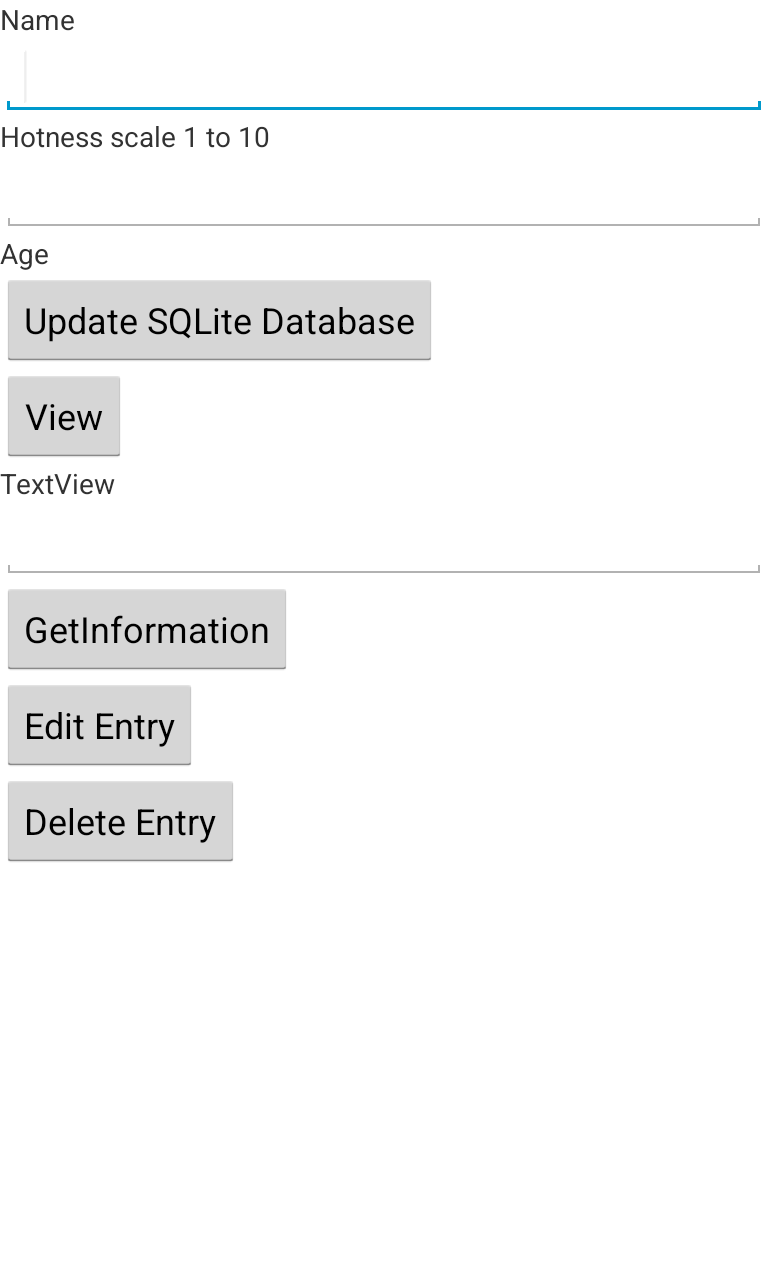
Repository: pcombi/android_dev
Layout: ExampleApp/res/layout/sqliteexample.xml
These files come from the project's save history. The layout is drawn as it stood at one moment and after the next save; the edit follows.
It is drawn on a 768 x 1280 px phone screen (xhdpi) without system bars, with theme AppTheme; the app's code is not run.

Above is the layout before, as saved 2012-12-25 20:50:49.

After the next save:
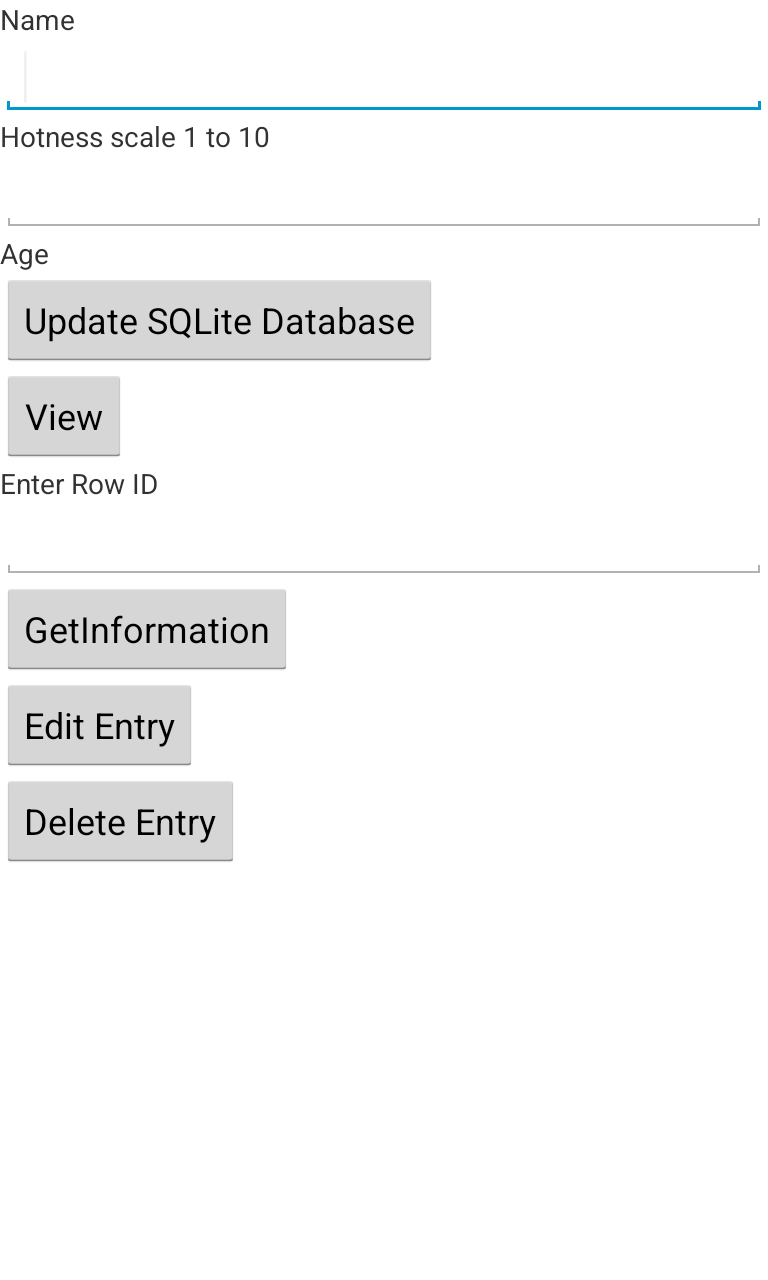
Saved 11 s later.
--- a/ExampleApp/res/layout/sqliteexample.xml
+++ b/ExampleApp/res/layout/sqliteexample.xml
@@ -53,7 +53,7 @@
         android:id="@+id/tvEnterRowId"
         android:layout_width="wrap_content"
         android:layout_height="wrap_content"
-        android:text="TextView" />
+        android:text="Enter Row ID" />
 
     <EditText
         android:id="@+id/etRowId"
